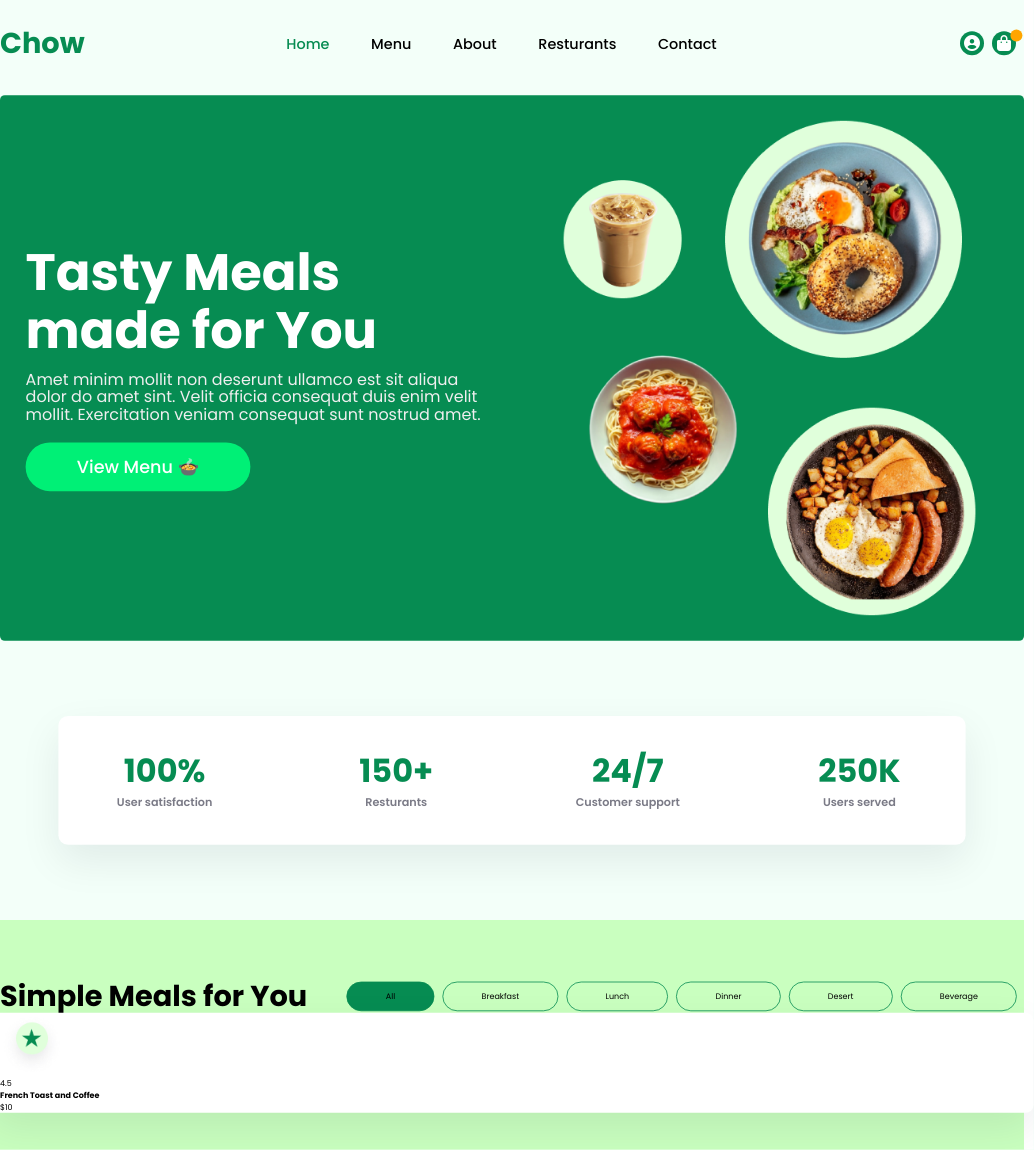
Repository: nguyennam1029/balbal
Page: index.html
These files come from the project's save history. The page is drawn as it stood at one moment and after the next save; the edit follows.
The browser window is 1280 px wide. The page is 1292 px wide, so the pictures cover 1292 px, including what lies to the right of the window. The pictures show the whole page, at 80% of full size.
Some web libraries are served in a nearby version.

Above is the page before, as saved 2022-07-01 22:06:56.

### index.html
<!DOCTYPE html>
<html lang="en">
  <head>
    <meta charset="UTF-8" />
    <meta http-equiv="X-UA-Compatible" content="IE=edge" />
    <meta name="viewport" content="width=device-width, initial-scale=1.0" />
    <title>Chow</title>
    <link
      rel="stylesheet"
      href="https://cdnjs.cloudflare.com/ajax/libs/font-awesome/6.1.1/css/all.min.css"
      integrity="sha512-KfkfwYDsLkIlwQp6LFnl8zNdLGxu9YAA1QvwINks4PhcElQSvqcyVLLD9aMhXd13uQjoXtEKNosOWaZqXgel0g=="
      crossorigin="anonymous"
      referrerpolicy="no-referrer"
    />
    <link rel="stylesheet" href="css/grid.css" />
    <link rel="stylesheet" href="css/style.css" />
  </head>
  <body>
    <div class="app">
      <div class="grid wide">
        <div class="menu">
          <a href="#" class="menu-left">Chow</a>
          <ul class="menu-center">
            <li class="menu-center-item">
              <a href="#" class="menu-center--link active">Home</a>
            </li>
            <li class="menu-center-item">
              <a href="#" class="menu-center--link">Menu</a>
            </li>
            <li class="menu-center-item">
              <a href="#" class="menu-center--link">About</a>
            </li>
            <li class="menu-center-item">
              <a href="#" class="menu-center--link">Resturants</a>
            </li>
            <li class="menu-center-item">
              <a href="#" class="menu-center--link">Contact</a>
            </li>
          </ul>
          <ul class="menu-right">
            <li class="menu-right-item">
              <a href="#" class="menu-right--link">
                <i class="fa-solid fa-circle-user"></i>
              </a>
            </li>
            <li class="menu-right-item">
              <a href="#" class="menu-right--link active">
                <i class="fa-solid fa-bag-shopping"></i>
                <span class="menu-right--circle"></span>
              </a>
            </li>
          </ul>
        </div>
        <div class="banner">
          <div class="row">
            <div class="col l-6 m-6 c-12">
              <div class="banner-info">
                <h1 class="banner-title">Tasty Meals made for You</h1>
                <span class="banner-des"
                  >Amet minim mollit non deserunt ullamco est sit aliqua dolor
                  do amet sint. Velit officia consequat duis enim velit mollit.
                  Exercitation veniam consequat sunt nostrud amet.</span
                >
                <a href="#" class="banner-btn"> View Menu 🍲 </a>
              </div>
            </div>
            <div class="col l-6 m-6 c-12">
              <div class="banner-img">
                <img src="images/banner1.png" alt="" />
              </div>
            </div>
          </div>
        </div>
        <div class="statistical">
          <div class="row">
            <div class="col l-3 m-6 c-12">
              <div class="statistical-item">
                <h3 class="statistical-item--title">100%</h3>
                <span class="statistical-item--des">User satisfaction</span>
              </div>
            </div>
            <div class="col l-3 m-6 c-12">
              <div class="statistical-item">
                <h3 class="statistical-item--title">150+</h3>
                <span class="statistical-item--des">Resturants</span>
              </div>
            </div>
            <div class="col l-3 m-6 c-12">
              <div class="statistical-item">
                <h3 class="statistical-item--title">24/7</h3>
                <span class="statistical-item--des">Customer support</span>
              </div>
            </div>
            <div class="col l-3 m-6 c-12">
              <div class="statistical-item">
                <h3 class="statistical-item--title">250K</h3>
                <span class="statistical-item--des">Users served</span>
              </div>
            </div>
          </div>
        </div>
      </div>
      <div class="product">
        <div class="grid wide">
          <div class="product-top row">
            <div class="col l-4 m-3 c-12">
              <h3 class="product-heading">Simple Meals for You</h3>
            </div>
            <div class="col l-8 m-8 c-12">
              <ul class="tab-list">
                <li class="tab-item active">All</li>
                <li class="tab-item">Breakfast</li>
                <li class="tab-item">Lunch</li>
                <li class="tab-item">Dinner</li>
                <li class="tab-item">Desert</li>
                <li class="tab-item">Beverage</li>
              </ul>
            </div>
          </div>
          <div class="product-list row">
            <div class="product-item col l-4 m-6 l-12">
              <div class="product-item--rating">
                <img src="images/star.png" alt="" />
                <span>4.5</span>
              </div>
              <div class="product-item--content">
                <h4 class="product-item--name">French Toast and Coffee</h4>
                <div class="product-item--footer">
                  <span class="product-item--price">$10</span>
                  <a href="#" class="product-item--btn"></a>
                </div>
              </div>
            </div>
          </div>
        </div>
      </div>
    </div>
  </body>
</html>

### css/grid.css
/* L là pc ,  M là tablet, C là mobile  */
.grid {
    width  : 100%;
    display: block;
    padding: 0;
}

.grid.wide {
    max-width: 1280px;
    margin   : 0 auto;
}

.row {
    display     : flex;
    flex-wrap   : wrap;
    margin-left : -4px;
    margin-right: -4px;
}

.row.no-gutters {
    margin-left : 0;
    margin-right: 0;
}

.col {
    padding-left : 4px;
    padding-right: 4px;
}

.row.no-gutters .col {
    padding-left : 0;
    padding-right: 0;
}

.c-0 {
    display: none;
}

.c-1 {
    flex     : 0 0 8.33333%;
    max-width: 8.33333%;
}

.c-2 {
    flex     : 0 0 16.66667%;
    max-width: 16.66667%;
}

.c-3 {
    flex     : 0 0 25%;
    max-width: 25%;
}

.c-4 {
    flex     : 0 0 33.33333%;
    max-width: 33.33333%;
}

.c-5 {
    flex     : 0 0 41.66667%;
    max-width: 41.66667%;
}

.c-6 {
    flex     : 0 0 50%;
    max-width: 50%;
}

.c-7 {
    flex     : 0 0 58.33333%;
    max-width: 58.33333%;
}

.c-8 {
    flex     : 0 0 66.66667%;
    max-width: 66.66667%;
}

.c-9 {
    flex     : 0 0 75%;
    max-width: 75%;
}

.c-10 {
    flex     : 0 0 83.33333%;
    max-width: 83.33333%;
}

.c-11 {
    flex     : 0 0 91.66667%;
    max-width: 91.66667%;
}

.c-12 {
    flex     : 0 0 100%;
    max-width: 100%;
}

.c-o-1 {
    margin-left: 8.33333%;
}

.c-o-2 {
    margin-left: 16.66667%;
}

.c-o-3 {
    margin-left: 25%;
}

.c-o-4 {
    margin-left: 33.33333%;
}

.c-o-5 {
    margin-left: 41.66667%;
}

.c-o-6 {
    margin-left: 50%;
}

.c-o-7 {
    margin-left: 58.33333%;
}

.c-o-8 {
    margin-left: 66.66667%;
}

.c-o-9 {
    margin-left: 75%;
}

.c-o-10 {
    margin-left: 83.33333%;
}

.c-o-11 {
    margin-left: 91.66667%;
}

/* >= Tablet */
@media (min-width: 740px) {
    .row {
        margin-left : -8px;
        margin-right: -8px;
    }

    .col {
        padding-left : 8px;
        padding-right: 8px;
    }

    .m-0 {
        display: none;
    }

    .m-1,
    .m-2,
    .m-3,
    .m-4,
    .m-5,
    .m-6,
    .m-7,
    .m-8,
    .m-9,
    .m-10,
    .m-11,
    .m-12 {
        display: block;
    }

    .m-1 {
        flex     : 0 0 8.33333%;
        max-width: 8.33333%;
    }

    .m-2 {
        flex     : 0 0 16.66667%;
        max-width: 16.66667%;
    }

    .m-3 {
        flex     : 0 0 25%;
        max-width: 25%;
    }

    .m-4 {
        flex     : 0 0 33.33333%;
        max-width: 33.33333%;
    }

    .m-5 {
        flex     : 0 0 41.66667%;
        max-width: 41.66667%;
    }

    .m-6 {
        flex     : 0 0 50%;
        max-width: 50%;
    }

    .m-7 {
        flex     : 0 0 58.33333%;
        max-width: 58.33333%;
    }

    .m-8 {
        flex     : 0 0 66.66667%;
        max-width: 66.66667%;
    }

    .m-9 {
        flex     : 0 0 75%;
        max-width: 75%;
    }

    .m-10 {
        flex     : 0 0 83.33333%;
        max-width: 83.33333%;
    }

    .m-11 {
        flex     : 0 0 91.66667%;
        max-width: 91.66667%;
    }

    .m-12 {
        flex     : 0 0 100%;
        max-width: 100%;
    }

    .m-o-1 {
        margin-left: 8.33333%;
    }

    .m-o-2 {
        margin-left: 16.66667%;
    }

    .m-o-3 {
        margin-left: 25%;
    }

    .m-o-4 {
        margin-left: 33.33333%;
    }

    .m-o-5 {
        margin-left: 41.66667%;
    }

    .m-o-6 {
        margin-left: 50%;
    }

    .m-o-7 {
        margin-left: 58.33333%;
    }

    .m-o-8 {
        margin-left: 66.66667%;
    }

    .m-o-9 {
        margin-left: 75%;
    }

    .m-o-10 {
        margin-left: 83.33333%;
    }

    .m-o-11 {
        margin-left: 91.66667%;
    }
}

/* PC medium resolution > */
@media (min-width: 1113px) {
    .row {
        margin-left : -12px;
        margin-right: -12px;
    }

    .row.sm-gutter {
        margin-left : -5px;
        margin-right: -5px;
    }

    .col {
        padding-left : 12px;
        padding-right: 12px;
    }

    .row.sm-gutter .col {
        padding-left : 5px;
        padding-right: 5px;
    }

    .l-0 {
        display: none;
    }

    .l-1,
    .l-2,
    .l-2-4,
    .l-3,
    .l-4,
    .l-5,
    .l-6,
    .l-7,
    .l-8,
    .l-9,
    .l-10,
    .l-11,
    .l-12 {
        display: block;
    }

    .l-1 {
        flex     : 0 0 8.33333%;
        max-width: 8.33333%;
    }

    .l-2 {
        flex     : 0 0 16.66667%;
        max-width: 16.66667%;
    }

    .l-2-4 {
        flex     : 0 0 20%;
        max-width: 20%;
    }

    .l-3 {
        flex     : 0 0 25%;
        max-width: 25%;
    }

    .l-4 {
        flex     : 0 0 33.33333%;
        max-width: 33.33333%;
    }

    .l-5 {
        flex     : 0 0 41.66667%;
        max-width: 41.66667%;
    }

    .l-6 {
        flex     : 0 0 50%;
        max-width: 50%;
    }

    .l-7 {
        flex     : 0 0 58.33333%;
        max-width: 58.33333%;
    }

    .l-8 {
        flex     : 0 0 66.66667%;
        max-width: 66.66667%;
    }

    .l-9 {
        flex     : 0 0 75%;
        max-width: 75%;
    }

    .l-10 {
        flex     : 0 0 83.33333%;
        max-width: 83.33333%;
    }

    .l-11 {
        flex     : 0 0 91.66667%;
        max-width: 91.66667%;
    }

    .l-12 {
        flex     : 0 0 100%;
        max-width: 100%;
    }

    .l-o-1 {
        margin-left: 8.33333%;
    }

    .l-o-2 {
        margin-left: 16.66667%;
    }

    .l-o-3 {
        margin-left: 25%;
    }

    .l-o-4 {
        margin-left: 33.33333%;
    }

    .l-o-5 {
        margin-left: 41.66667%;
    }

    .l-o-6 {
        margin-left: 50%;
    }

    .l-o-7 {
        margin-left: 58.33333%;
    }

    .l-o-8 {
        margin-left: 66.66667%;
    }

    .l-o-9 {
        margin-left: 75%;
    }

    .l-o-10 {
        margin-left: 83.33333%;
    }

    .l-o-11 {
        margin-left: 91.66667%;
    }
}

/* Tablet - PC low resolution */
@media (min-width: 740px) and (max-width: 1023px) {
    .wide {
        width: 644px;
    }
}

/* > PC low resolution */
@media (min-width: 1024px) and (max-width: 1239px) {
    .wide {
        width: 984px;
    }

    .wide .row {
        margin-left : -12px;
        margin-right: -12px;
    }

    .wide .row.sm-gutter {
        margin-left : -5px;
        margin-right: -5px;
    }

    .wide .col {
        padding-left : 12px;
        padding-right: 12px;
    }

    .wide .row.sm-gutter .col {
        padding-left : 5px;
        padding-right: 5px;
    }

    .wide .l-0 {
        display: none;
    }

    .wide .l-1,
    .wide .l-2,
    .wide .l-2-4,
    .wide .l-3,
    .wide .l-4,
    .wide .l-5,
    .wide .l-6,
    .wide .l-7,
    .wide .l-8,
    .wide .l-9,
    .wide .l-10,
    .wide .l-11,
    .wide .l-12 {
        display: block;
    }

    .wide .l-1 {
        flex     : 0 0 8.33333%;
        max-width: 8.33333%;
    }

    .wide .l-2 {
        flex     : 0 0 16.66667%;
        max-width: 16.66667%;
    }

    .wide .l-2-4 {
        flex     : 0 0 20%;
        max-width: 20%;
    }

    .wide .l-3 {
        flex     : 0 0 25%;
        max-width: 25%;
    }

    .wide .l-4 {
        flex     : 0 0 33.33333%;
        max-width: 33.33333%;
    }

    .wide .l-5 {
        flex     : 0 0 41.66667%;
        max-width: 41.66667%;
    }

    .wide .l-6 {
        flex     : 0 0 50%;
        max-width: 50%;
    }

    .wide .l-7 {
        flex     : 0 0 58.33333%;
        max-width: 58.33333%;
    }

    .wide .l-8 {
        flex     : 0 0 66.66667%;
        max-width: 66.66667%;
    }

    .wide .l-9 {
        flex     : 0 0 75%;
        max-width: 75%;
    }

    .wide .l-10 {
        flex     : 0 0 83.33333%;
        max-width: 83.33333%;
    }

    .wide .l-11 {
        flex     : 0 0 91.66667%;
        max-width: 91.66667%;
    }

    .wide .l-12 {
        flex     : 0 0 100%;
        max-width: 100%;
    }

    .wide .l-o-1 {
        margin-left: 8.33333%;
    }

    .wide .l-o-2 {
        margin-left: 16.66667%;
    }

    .wide .l-o-3 {
        margin-left: 25%;
    }

    .wide .l-o-4 {
        margin-left: 33.33333%;
    }

    .wide .l-o-5 {
        margin-left: 41.66667%;
    }

    .wide .l-o-6 {
        margin-left: 50%;
    }

    .wide .l-o-7 {
        margin-left: 58.33333%;
    }

    .wide .l-o-8 {
        margin-left: 66.66667%;
    }

    .wide .l-o-9 {
        margin-left: 75%;
    }

    .wide .l-o-10 {
        margin-left: 83.33333%;
    }

    .wide .l-o-11 {
        margin-left: 91.66667%;
    }
}

### css/style.css
@import url('https://fonts.googleapis.com/css2?family=Poppins:wght@400;500;600;700&display=swap');

*,
*::before,
*::after {
    box-sizing: border-box;
}

* {
    margin : 0;
    padding: 0;
}

html {
    font-family: 'Poppins',
        sans-serif;
    font-size: 62.5%;
}

html,
body {
    height: 100%;
}

body {
    line-height: 1.5;
}

img,
picture,
video,
canvas,
svg {
    display  : block;
    max-width: 100%;
}

input,
button,
textarea,
select {
    font   : inherit;
    outline: none;
}

p,
h1,
h2,
h3,
h4,
h5,
h6 {
    overflow-wrap: break-word;
}

a {
    text-decoration: none;
}

ul {
    list-style: none;
}

.app {
    background-color: #f3fff9;
    padding-top     : 34px;
}

.menu {
    display        : flex;
    justify-content: space-between;
    align-items    : center;
    margin         : 0 0 45px;
}

.menu-left {
    font-weight: 700;
    font-size  : 3.6rem;
    line-height: 40px;

    color: #068C52;
}

.menu-center,
.menu-right {
    display        : flex;
    justify-content: center;
    align-items    : center;
}

.menu-center--link {
    margin-right: 52px;
    font-weight : 500;
    font-size   : 1.8rem;
    line-height : 27px;
    color       : #000000;
}

.menu-center--link.active {
    color: #068C52;
}

.menu-right--link {
    margin-right         : 10px;
    display              : flex;
    justify-content      : center;
    align-items          : center;
    width                : 30px;
    height               : 30px;
    border-radius        : 50%;
    -webkit-border-radius: 50%;
    -moz-border-radius   : 50%;
    -ms-border-radius    : 50%;
    -o-border-radius     : 50%;
    background-color     : #068C52;
}

.menu-right--link i {
    color    : #fff;
    font-size: 2rem;
}

.menu-right--link.active {
    position: relative;
}

.menu-right--circle {
    position             : absolute;
    top                  : -2px;
    right                : -8px;
    width                : 15px;
    height               : 15px;
    background           : #FFA500;
    border-radius        : 50%;
    -webkit-border-radius: 50%;
    -moz-border-radius   : 50%;
    -ms-border-radius    : 50%;
    -o-border-radius     : 50%;
}

.banner {
    background-color     : #068C52;
    border-radius        : 6px;
    -webkit-border-radius: 6px;
    -moz-border-radius   : 6px;
    -ms-border-radius    : 6px;
    -o-border-radius     : 6px;
    padding              : 32px;
}

.banner-info {
    display           : flex;
    justify-content   : center;
    /* align-items    : center; */
    flex-direction    : column;
    height            : 100%;
}

.banner-title {
    font-weight: 700;
    font-size  : 6.4rem;
    line-height: 72px;

    color: #FFFFFF;
}

.banner-des {
    font-weight: 400;
    font-size  : 2rem;
    line-height: 22px;
    display    : block;
    color      : #EFEFEF;
    margin     : 14px 0 24px;
}

.banner-btn {
    font-weight          : 500;
    font-size            : 2.2rem;
    line-height          : 33px;
    padding              : 14px 64px;
    /*Primary/White*/
    color                : #FFFFFF;
    background           : #00F076;
    border-radius        : 32px;
    -webkit-border-radius: 32px;
    -moz-border-radius   : 32px;
    -ms-border-radius    : 32px;
    -o-border-radius     : 32px;
    width                : fit-content;
}

.statistical {
    max-width    : 1134px;
    margin       : 94px auto;
    /* border    : 1px solid; */
    background   : #FFFFFF;
    /* Drop Shadow/High */
    padding      : 40px 0;
    box-shadow   : 0px 20px 50px rgba(18, 17, 39, 0.08);
    border-radius: 12px;
    text-align   : center;
}

.statistical-item--title {
    font-weight: 700;
    font-size  : 4rem;
    line-height: 140%;
    /* identical to box height, or 56px */

    text-align: center;

    color: #068C52;
}

.statistical-item--des {
    font-weight: 600;
    font-size  : 1.4rem;
    line-height: 180%;
    color      : rgba(18, 17, 39, 0.56);
}

.product {
    background-color: #c9ffbf;
    padding         : 76px 0 46px;
}

.product-top {
    display        : flex;
    justify-content: space-between;
    align-items    : center;
}

.product-heading {
    font-weight: 700;
    font-size  : 3.6rem;
    line-height: 40px;

    color: #000000;
}

.tab-list {
    display        : flex;
    justify-content: center;
    align-items    : center;

}

.tab-item {
    padding           : 10px 48px;
    border            : 1px solid #068C52;
    border-radius     : 40px;
    display           : block;
    margin-right      : 10px;
    cursor            : pointer;
    transition        : .25s ease-in;
    -webkit-transition: .25s ease-in;
    -moz-transition   : .25s ease-in;
    -ms-transition    : .25s ease-in;
    -o-transition     : .25s ease-in;
}

.tab-item.active {
    background: #068C52;
    cursor    : default;
}

.tab-item:hover {
    background: #068c5290;
}

.product-item {
    background: #FFFFFF;
    /* Drop Shadow/High */

    box-shadow   : 0px 20px 50px rgba(18, 17, 39, 0.08);
    border-radius: 10px;
}

After the next save:
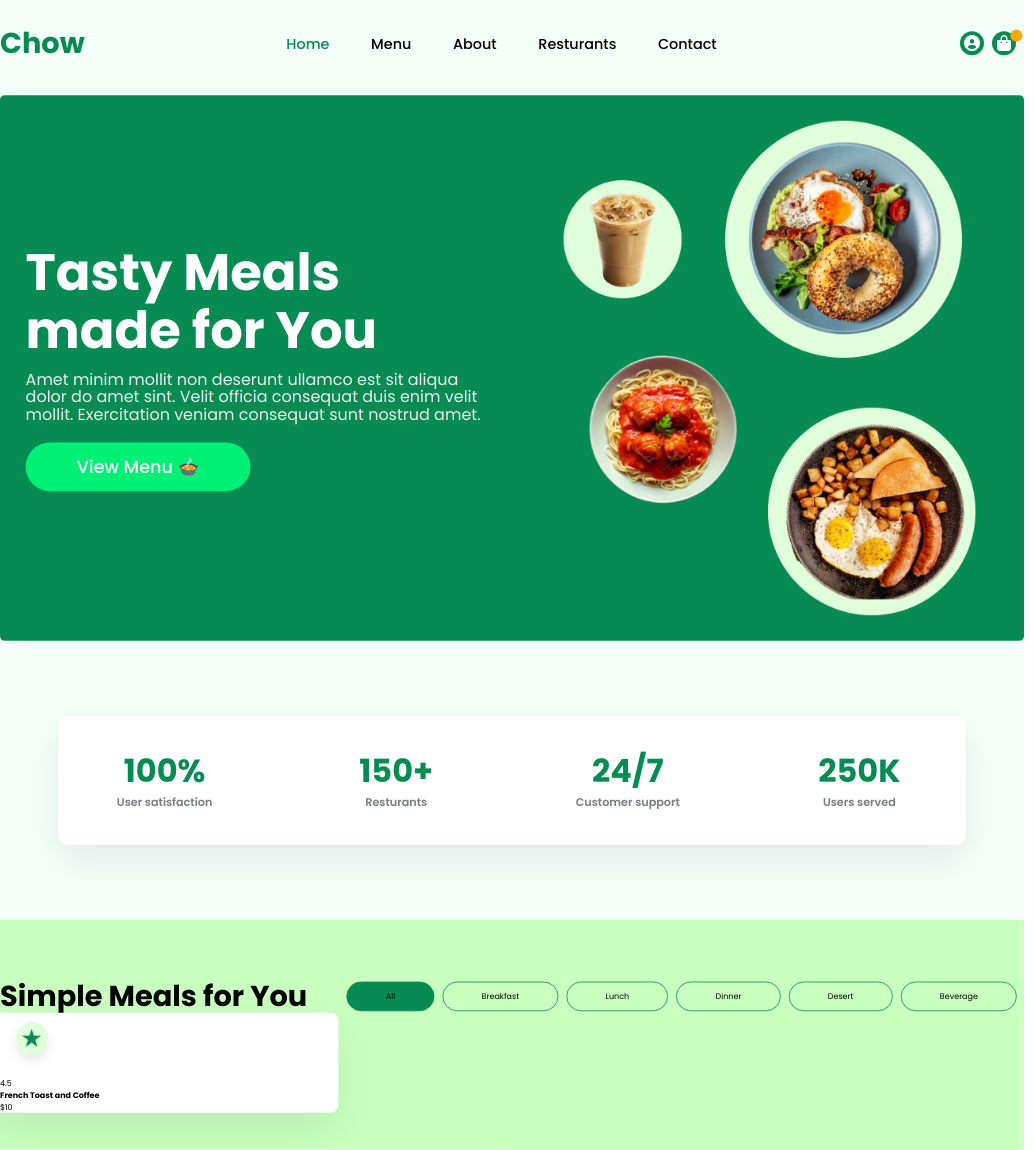
Saved 12 s later.
--- a/index.html
+++ b/index.html
@@ -118,7 +118,7 @@
             </div>
           </div>
           <div class="product-list row">
-            <div class="product-item col l-4 m-6 l-12">
+            <div class="product-item col l-4 m-6 c-12">
               <div class="product-item--rating">
                 <img src="images/star.png" alt="" />
                 <span>4.5</span>
